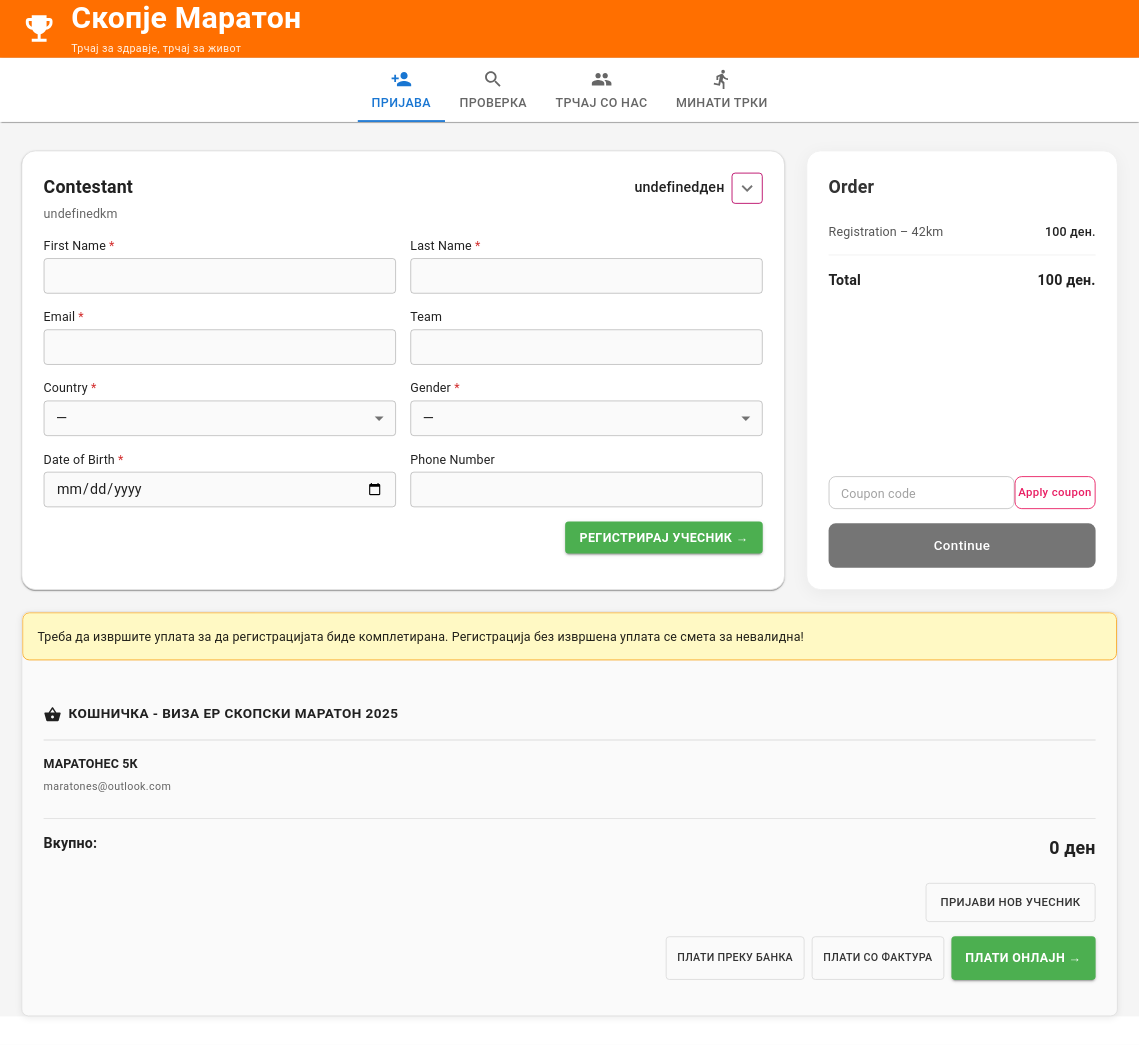
Repository: ilijana123/skopje_marathon_frontend
Page: /register
The author's editor kept a copy of each file at every save. The page is drawn from the files as they stood at one save, then again after the next save.
The browser window is 1280 px wide. The pictures show the whole page, at 89% of full size.
The page's requests for data from a server got no answer. The project was rebuilt for these pictures with package versions that can differ from the ones it lists, and the page was loaded fresh each time. No one was signed in, and anything a server would have sent is missing. Also part of the build but not shown: vite.config.ts, src/components/CheckStatusTab.tsx, src/components/ContestantTab.styles.ts, src/components/ContestantsTab.tsx, src/components/RacesTab.tsx, src/components/PaymentForm.styles.ts, src/components/PaymentForm.tsx. Imported but missing from the stored project, and not drawn on this page: src/services/registrationService.

Above is the page before, as saved 2026-01-16 03:14:38.

After the next save:
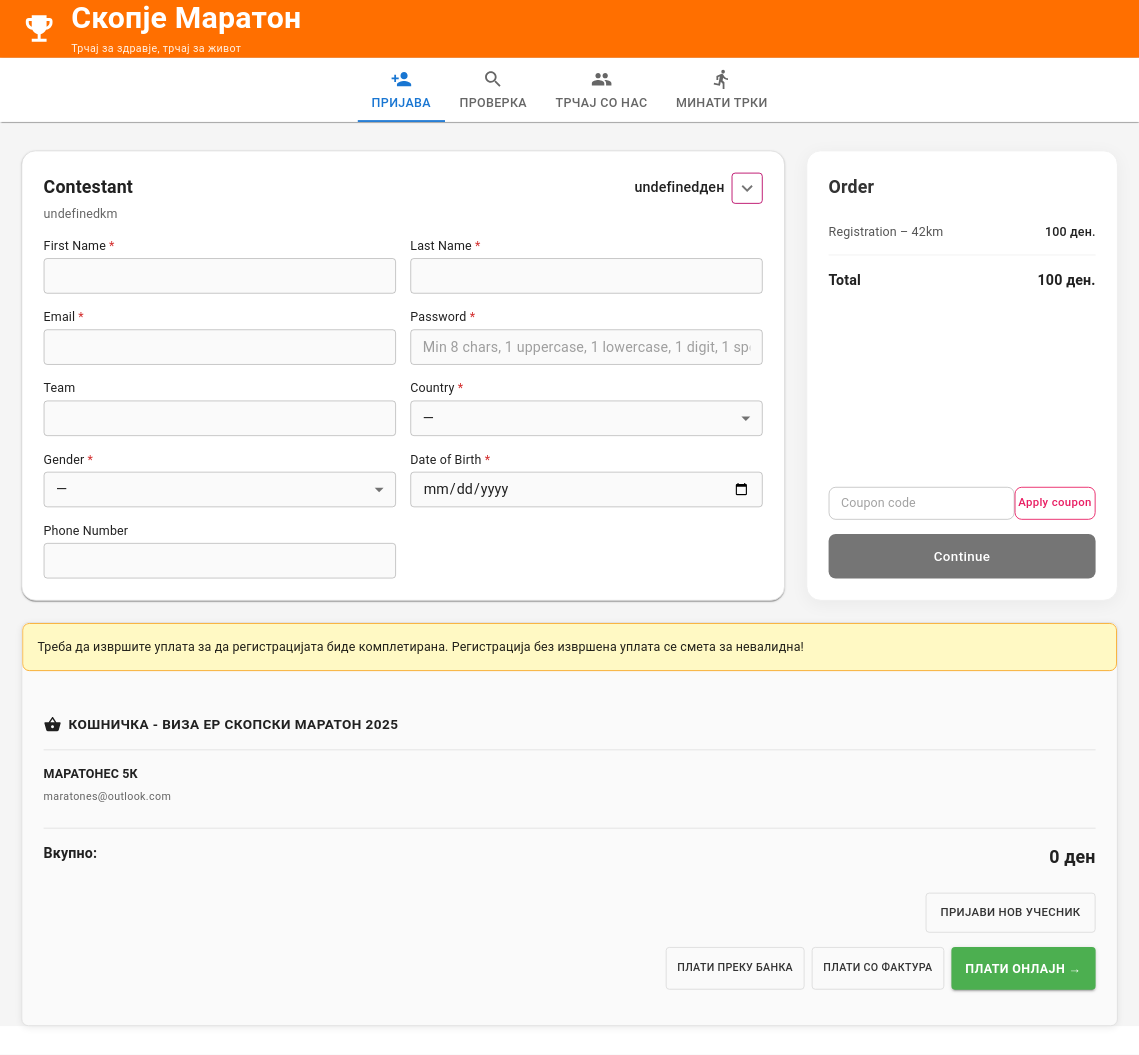
Saved 13 h 0 min later.
--- a/src/components/RegisterTab.tsx
+++ b/src/components/RegisterTab.tsx
@@ -9,8 +9,29 @@
 import { Error, CheckCircle, KeyboardArrowDown, Delete } from '@mui/icons-material';
 import { Category, FormData } from '../types';
 import { fetchCategoriesWithErrorHandling } from '../services/categoryService';
-import { calculateAge, validateForm } from '../services/contestantService';
+import { calculateAge, validateForm } from '../services/registrationService';
 import { useEffect, useState } from 'react';
+import {
+  FormCard,
+  HeaderBox,
+  ContestantTitle,
+  DistanceText,
+  PriceBox,
+  PriceText,
+  CategoryIconButton,
+  FormGrid,
+  FieldBox,
+  FieldLabel,
+  RequiredAsterisk,
+  StyledTextField,
+  AlertBox,
+  RemoveButtonBox,
+  RemoveButton,
+  CategoryMenuItemBox,
+  CategoryTypeText,
+  RegisterContestantButton,
+  RegisterContestantButtonBox,
+} from './RegisterTab.styles';
 import {
   FormCard,
   CardContentWrapper,
@@ -30,16 +51,16 @@
   RemoveButton,
   CategoryMenuItemBox,
   CategoryTypeText,
-  RegisterContestantButton,
-  RegisterContestantButtonBox,
 } from './RegisterTab.styles';
 
 interface RegisterTabProps {
   formData: FormData;
   setFormData: (data: FormData) => void;
   formError: string;
+  setFormError: (error: string) => void;
   formSuccess: string;
-  onRegister: () => void;
+  setFormSuccess: (success: string) => void;
+  onRegister: () => Promise<void>;
   onRemove?: () => void;
   selectedCategory: Category | null;
   setSelectedCategory: (category: Category | null) => void;
@@ -49,7 +70,9 @@
   formData,
   setFormData,
   formError,
+  setFormError,
   formSuccess,
+  setFormSuccess,
   onRegister,
   onRemove,
   selectedCategory,
@@ -71,6 +94,7 @@
         setCategories(data || []);
         if (data && data.length > 0 && !selectedCategory) {
           setSelectedCategory(data[0]);
+          setFormData({ ...formData, categoryType: data[0].type });
         }
       } catch (error) {
         console.error("Fetch categories error:", error);
@@ -94,6 +118,19 @@
     setSelectedCategory(category);
     setFormData({ ...formData, categoryType: category.type });
     handleCategoryClose();
+  };
+
+  const handleRegisterClick = async () => {
+    const age = calculateAge(formData.birthDate);
+    const validationError = validateForm(formData, age);
+
+    if (validationError) {
+      setFormError(validationError);
+      return;
+    }
+
+    setFormError('');
+    await onRegister();
   };
 
   const open = Boolean(anchorEl);
@@ -199,6 +236,20 @@
 
           <FieldBox>
             <FieldLabel variant="body2">
+              Password <RequiredAsterisk>*</RequiredAsterisk>
+            </FieldLabel>
+            <StyledTextField
+              fullWidth
+              size="small"
+              type="password"
+              value={formData.password}
+              onChange={(e) => setFormData({ ...formData, password: e.target.value })}
+              placeholder="Min 8 chars, 1 uppercase, 1 lowercase, 1 digit, 1 special"
+            />
+          </FieldBox>
+
+          <FieldBox>
+            <FieldLabel variant="body2">
               Team
             </FieldLabel>
             <StyledTextField
@@ -271,6 +322,7 @@
               onChange={(e) => setFormData({ ...formData, phone: e.target.value })}
             />
           </FieldBox>
+
           {formError && (
             <AlertBox>
               <Alert severity="error" icon={<Error />}>
@@ -300,13 +352,6 @@
             </RemoveButtonBox>
           )}
         </FormGrid>
-        <RegisterContestantButtonBox>
-          <RegisterContestantButton
-              variant="contained"
-          >
-          РЕГИСТРИРАЈ УЧЕСНИК →
-          </RegisterContestantButton>
-        </RegisterContestantButtonBox>
       </CardContent>
     </FormCard>
   );

After the 5 saves that followed:
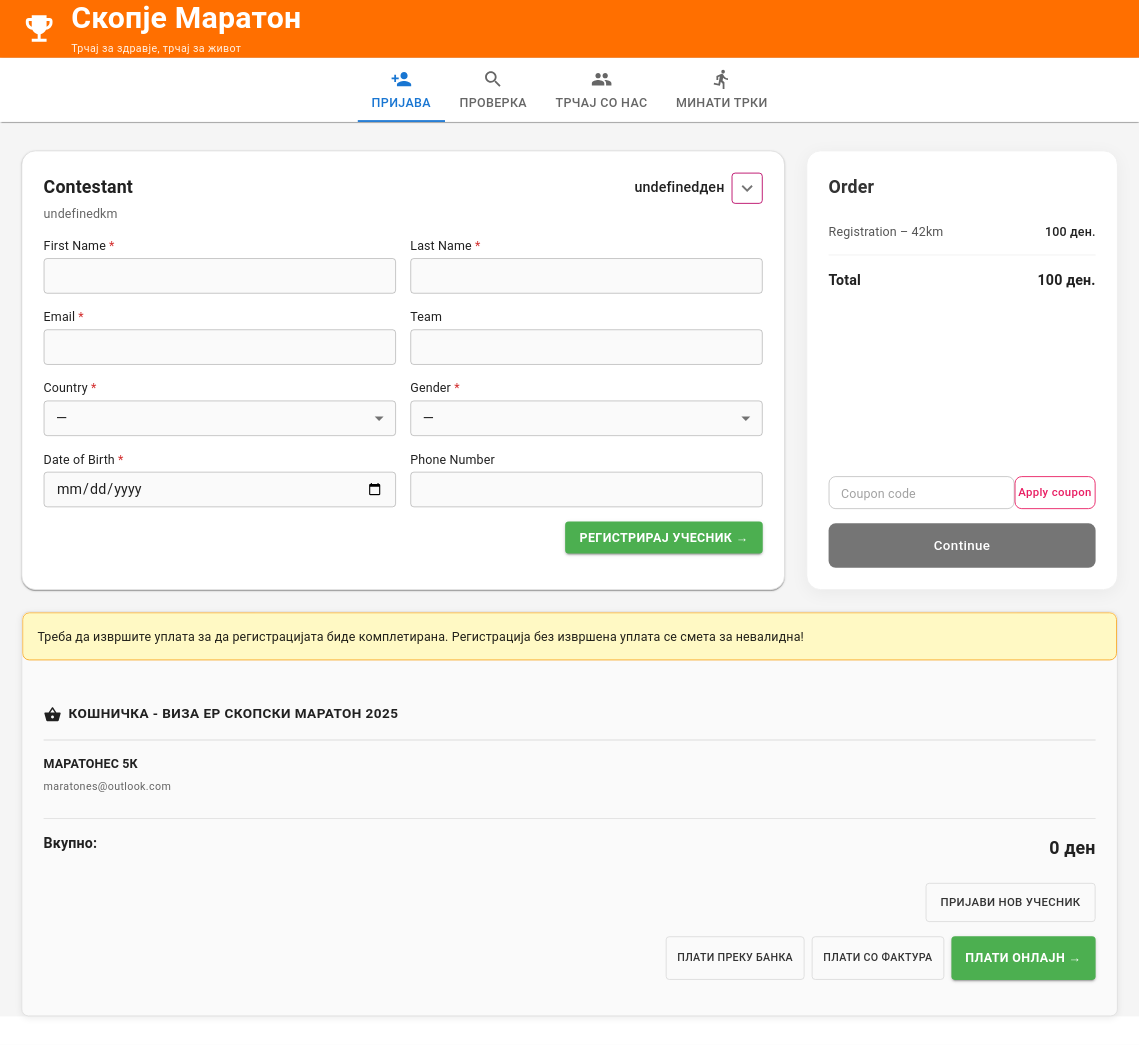
The 5 saves are shown as one change because 2 left the picture as it was and some came seconds apart.
The last was saved 50 s later.
--- a/src/components/RegisterTab.tsx
+++ b/src/components/RegisterTab.tsx
@@ -9,10 +9,11 @@
 import { Error, CheckCircle, KeyboardArrowDown, Delete } from '@mui/icons-material';
 import { Category, FormData } from '../types';
 import { fetchCategoriesWithErrorHandling } from '../services/categoryService';
-import { calculateAge, validateForm } from '../services/registrationService';
+import { calculateAge, validateForm } from '../services/contestantService';
 import { useEffect, useState } from 'react';
 import {
   FormCard,
+  CardContentWrapper,
   HeaderBox,
   ContestantTitle,
   DistanceText,
@@ -32,35 +33,13 @@
   RegisterContestantButton,
   RegisterContestantButtonBox,
 } from './RegisterTab.styles';
-import {
-  FormCard,
-  CardContentWrapper,
-  HeaderBox,
-  ContestantTitle,
-  DistanceText,
-  PriceBox,
-  PriceText,
-  CategoryIconButton,
-  FormGrid,
-  FieldBox,
-  FieldLabel,
-  RequiredAsterisk,
-  StyledTextField,
-  AlertBox,
-  RemoveButtonBox,
-  RemoveButton,
-  CategoryMenuItemBox,
-  CategoryTypeText,
-} from './RegisterTab.styles';
 
 interface RegisterTabProps {
   formData: FormData;
   setFormData: (data: FormData) => void;
   formError: string;
-  setFormError: (error: string) => void;
   formSuccess: string;
-  setFormSuccess: (success: string) => void;
-  onRegister: () => Promise<void>;
+  onRegister: () => void;
   onRemove?: () => void;
   selectedCategory: Category | null;
   setSelectedCategory: (category: Category | null) => void;
@@ -70,9 +49,7 @@
   formData,
   setFormData,
   formError,
-  setFormError,
   formSuccess,
-  setFormSuccess,
   onRegister,
   onRemove,
   selectedCategory,
@@ -94,7 +71,6 @@
         setCategories(data || []);
         if (data && data.length > 0 && !selectedCategory) {
           setSelectedCategory(data[0]);
-          setFormData({ ...formData, categoryType: data[0].type });
         }
       } catch (error) {
         console.error("Fetch categories error:", error);
@@ -118,19 +94,6 @@
     setSelectedCategory(category);
     setFormData({ ...formData, categoryType: category.type });
     handleCategoryClose();
-  };
-
-  const handleRegisterClick = async () => {
-    const age = calculateAge(formData.birthDate);
-    const validationError = validateForm(formData, age);
-
-    if (validationError) {
-      setFormError(validationError);
-      return;
-    }
-
-    setFormError('');
-    await onRegister();
   };
 
   const open = Boolean(anchorEl);
@@ -236,20 +199,6 @@
 
           <FieldBox>
             <FieldLabel variant="body2">
-              Password <RequiredAsterisk>*</RequiredAsterisk>
-            </FieldLabel>
-            <StyledTextField
-              fullWidth
-              size="small"
-              type="password"
-              value={formData.password}
-              onChange={(e) => setFormData({ ...formData, password: e.target.value })}
-              placeholder="Min 8 chars, 1 uppercase, 1 lowercase, 1 digit, 1 special"
-            />
-          </FieldBox>
-
-          <FieldBox>
-            <FieldLabel variant="body2">
               Team
             </FieldLabel>
             <StyledTextField
@@ -322,7 +271,6 @@
               onChange={(e) => setFormData({ ...formData, phone: e.target.value })}
             />
           </FieldBox>
-
           {formError && (
             <AlertBox>
               <Alert severity="error" icon={<Error />}>
@@ -352,6 +300,13 @@
             </RemoveButtonBox>
           )}
         </FormGrid>
+        <RegisterContestantButtonBox>
+          <RegisterContestantButton
+              variant="contained"
+          >
+          РЕГИСТРИРАЈ УЧЕСНИК →
+          </RegisterContestantButton>
+        </RegisterContestantButtonBox>
       </CardContent>
     </FormCard>
   );
